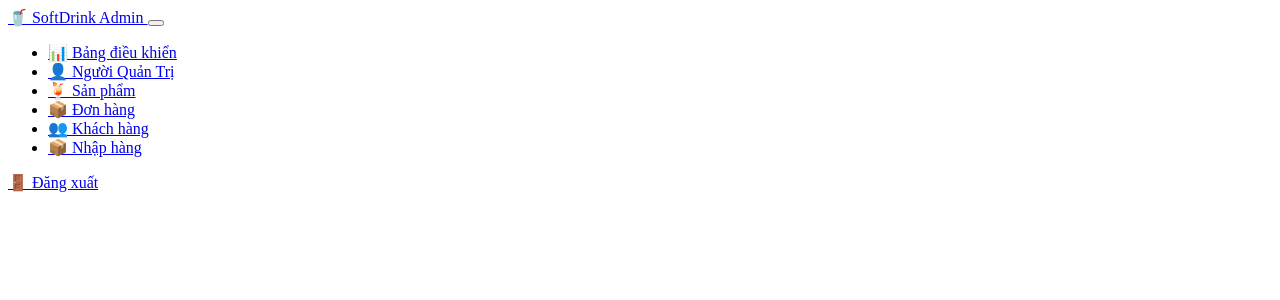
Repository: cu-dat/web2_softdrink
Page: http://localhost/web2_softdrink/admin/includes/navbar.php
These files come from the project's save history. The page is drawn as it stood at one moment and after the next save; the edit follows.
The browser window is 1280 px wide. The pictures show the whole page.
The page is run by PHP 8.4 with error messages shown; the project is at /var/www/html/.

Above is the page before, as saved 2026-03-31 16:22:36.

After the next save:
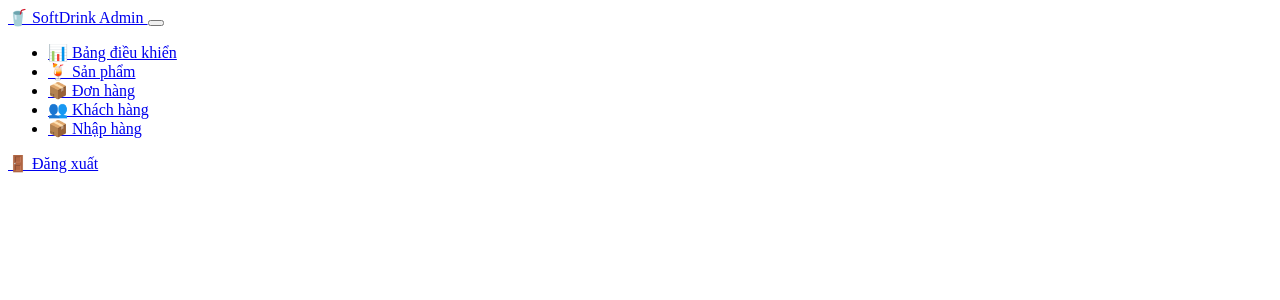
Saved 6 min 32 s later.
--- a/admin/includes/navbar.php
+++ b/admin/includes/navbar.php
@@ -22,13 +22,6 @@
                     <a class="nav-link <?php echo $currentPage == 'index.php' ? 'active' : ''; ?>"
                         href="/web2_softdrink/admin/index.php">
                         📊 Bảng điều khiển
-                    </a>
-                </li>
-
-                <li class="nav-item">
-                    <a class="nav-link" <?php echo $currentPage == 'admin_list.php' ? 'active' : ''; ?>"
-                        href="/web2_softdrink/admin/administrator/admin_list.php">
-                        👤 Người Quản Trị
                     </a>
                 </li>
 
